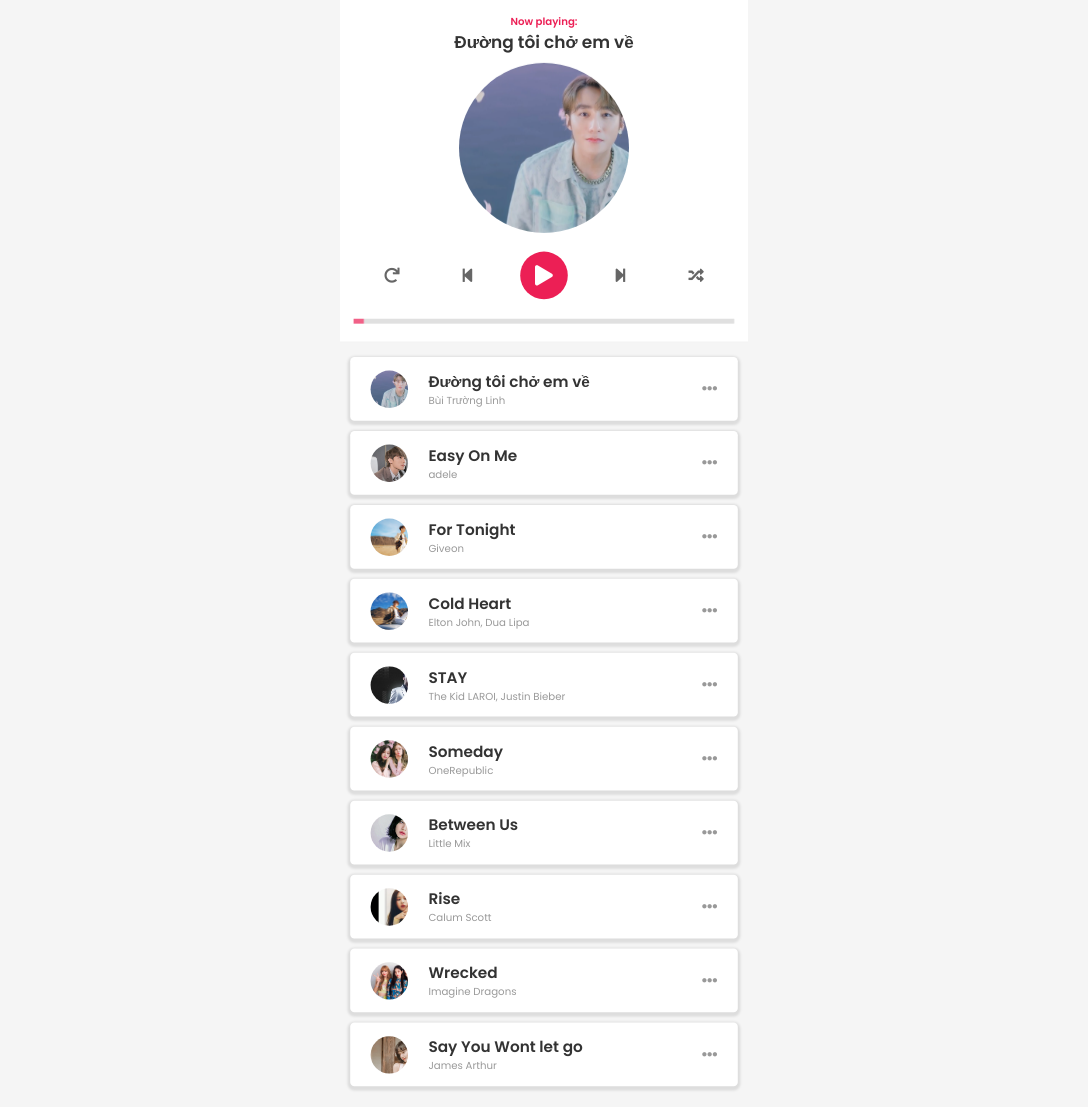
Repository: maivannhan1998/MusicPlayer.github.io
Page: index.html
These files come from the project's save history. The page is drawn as it stood at one moment and after the next save; the edit follows.
The browser window is 1280 px wide. The pictures show the whole page, at 85% of full size.

Above is the page before, as saved 2021-11-11 00:44:31.

After the next save:
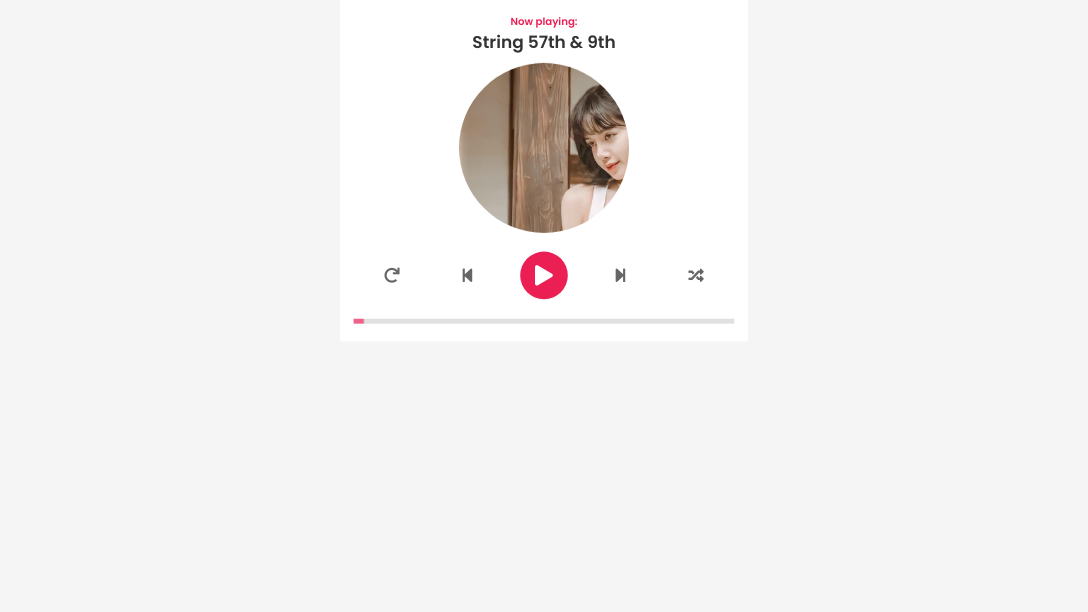
Console error: TypeError: Cannot set properties of null (setting 'onclick')
Saved 9 s later.
--- a/index.html
+++ b/index.html
@@ -292,16 +292,16 @@
                     // use toggle
                     // app.isRandom = !app.isRandom;
                     // randomBtn.classList.toggle('active', app.isRandom);
-                }
-
-                // repeatBtn.onclick = function() {
-                //     app.isRepeat = !app.isRepeat;
-                //     repeatBtn.classList.toggle('active', app.isRepeat);
-                // }
-
-                // audio.onended = function() {
-
-                // }
+                },
+
+                repeatBtn.onclick = function() {
+                    app.isRepeat = !app.isRepeat;
+                    repeatBtn.classList.toggle('active', app.isRepeat);
+                }
+
+                audio.onended = function() {
+
+                }
             },
 
             loadCurrentSong: function() {

After the 2 saves that followed:
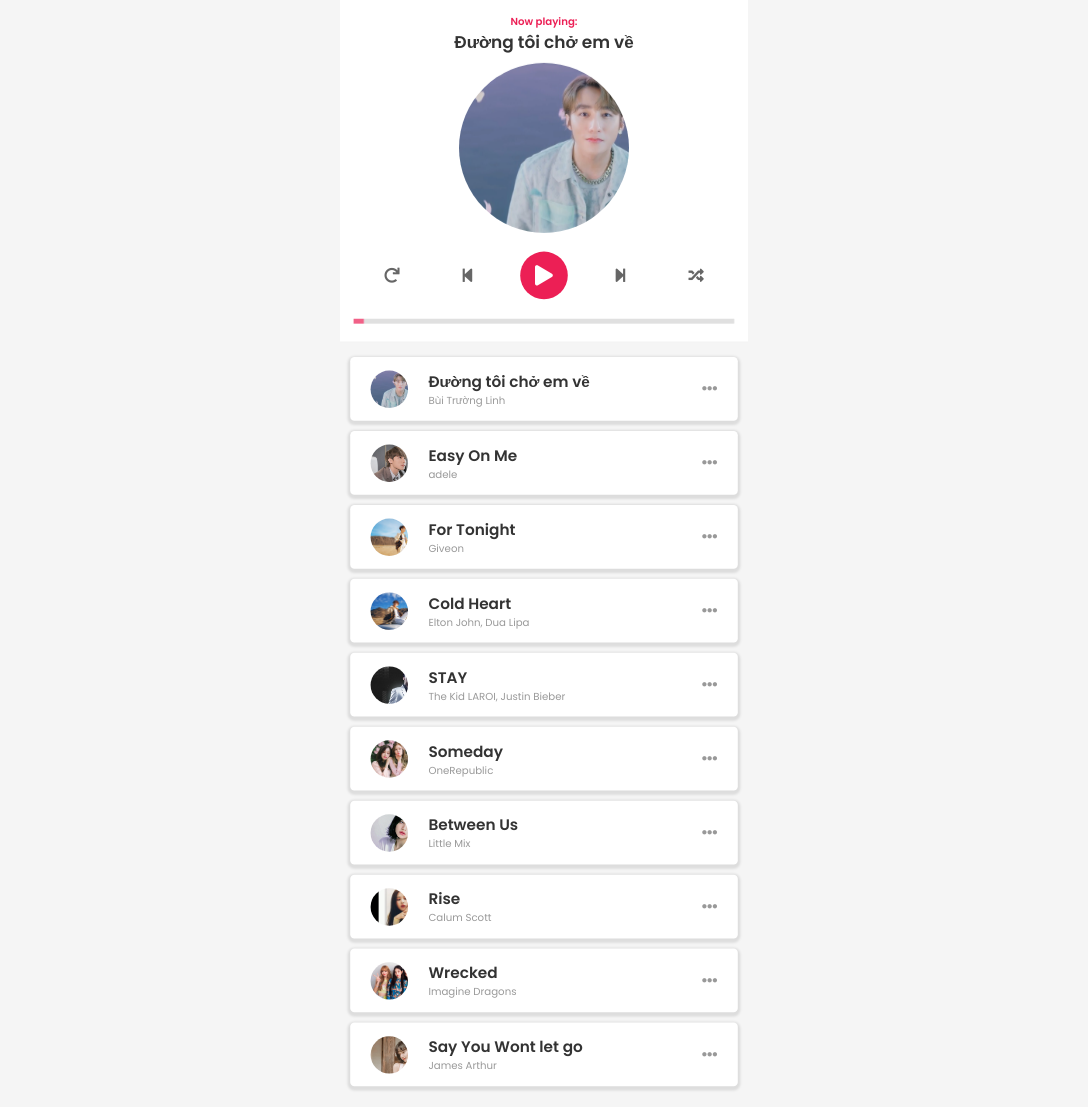
The error is gone.
The 2 saves are shown as one change because 1 left the picture as it was.
The last was saved 49 s later.
--- a/index.html
+++ b/index.html
@@ -294,10 +294,10 @@
                     // randomBtn.classList.toggle('active', app.isRandom);
                 },
 
-                repeatBtn.onclick = function() {
-                    app.isRepeat = !app.isRepeat;
-                    repeatBtn.classList.toggle('active', app.isRepeat);
-                }
+                // repeatBtn.onclick = function() {
+                //     app.isRepeat = !app.isRepeat;
+                //     repeatBtn.classList.toggle('active', app.isRepeat);
+                // },
 
                 audio.onended = function() {
 
